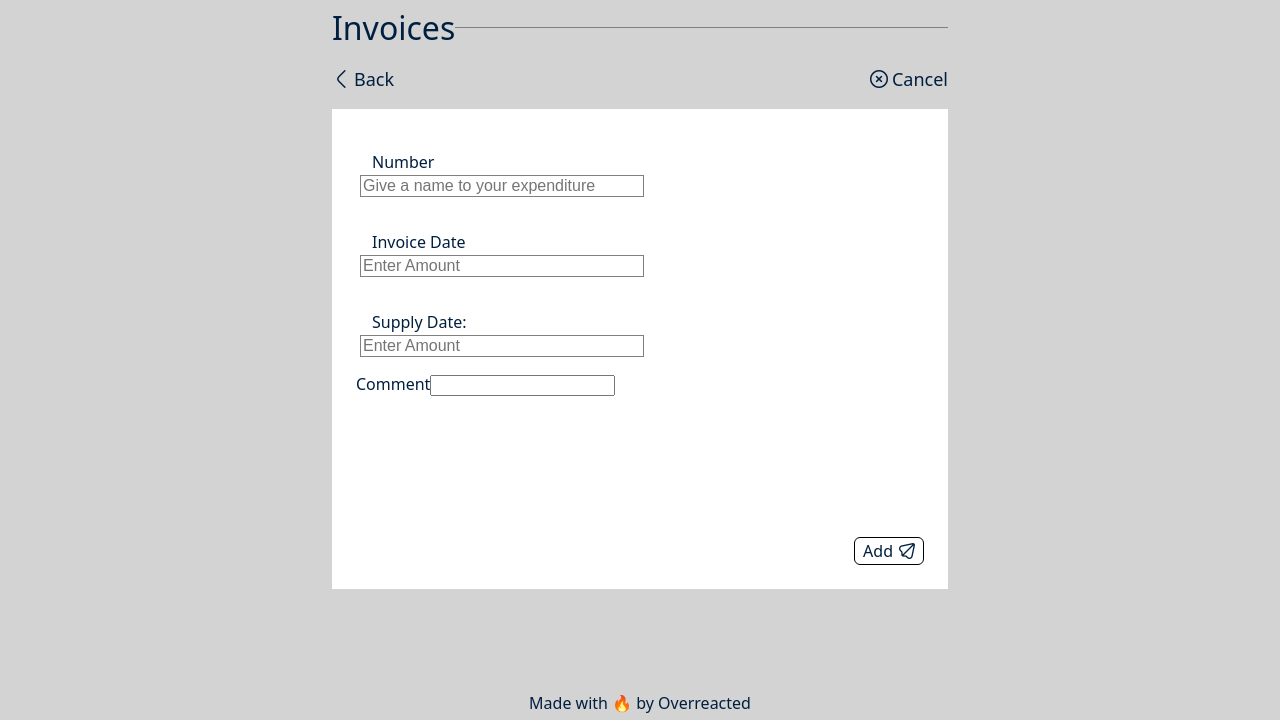
Repository: om1ars/task3
Page: /add-expense
These files come from the project's save history. The page is drawn as it stood at one moment and after a run of saves; the edit follows.
The browser window is 1280 px wide. The pictures show the whole page.
Some web libraries are served in a nearby version. The project was rebuilt for these pictures with package versions that can differ from the ones it lists, and the page was loaded fresh each time. Also part of the build but not shown: src/components/add-form/success-modal.css, src/components/expense-list/card.css, src/components/expense-list/card.js, src/components/expense-list/expense-list.css, src/components/expense-list/index.js, src/pages/home/home.css, src/pages/home/index.js.

Above is the page before, as saved 2021-12-18 15:03:04.

### public/index.html
<!DOCTYPE html>
<html lang="en">
  <head>
    <meta charset="utf-8" />
    <link rel="icon" href="%PUBLIC_URL%/favicon.ico" />
    <meta name="viewport" content="width=device-width, initial-scale=1" />
    <meta name="theme-color" content="#000000" />
    <meta name="description" content="SPA to track all your expenses" />
    <link rel="apple-touch-icon" href="%PUBLIC_URL%/logo192.png" />
    <!--
      manifest.json provides metadata used when your web app is installed on a
      user's mobile device or desktop. See https://developers.google.com/web/fundamentals/web-app-manifest/
    -->
    <link rel="manifest" href="%PUBLIC_URL%/manifest.json" />
    <link rel="preconnect" href="https://fonts.googleapis.com" />
    <link rel="preconnect" href="https://fonts.gstatic.com" crossorigin />
    <link
      href="https://fonts.googleapis.com/css2?family=Noto+Sans&display=swap"
      rel="stylesheet"
    />
    <link
      rel="stylesheet"
      href="https://cdn-uicons.flaticon.com/uicons-regular-rounded/css/uicons-regular-rounded.css"
    />
    <link
      rel="stylesheet"
      href="https://cdn.jsdelivr.net/gh/devicons/devicon@v2.12.0/devicon.min.css"
    />
    <title>Xpensr</title>
  </head>
  <body>
    <noscript>You need to enable JavaScript to run this app.</noscript>
    <div id="root"></div>
    <!--
      This HTML file is a template.
      If you open it directly in the browser, you will see an empty page.

      You can add webfonts, meta tags, or analytics to this file.
      The build step will place the bundled scripts into the <body> tag.

      To begin the development, run `npm start` or `yarn start`.
      To create a production bundle, use `npm run build` or `yarn build`.
    -->
  </body>
</html>

### src/index.js
import React from "react";
import ReactDOM from "react-dom";
import "./index.css";
import App from "./App";
import reportWebVitals from "./reportWebVitals";
import { Provider } from "react-redux";
import store from "./redux/store/index";

ReactDOM.render(
  <Provider store={store}>
    <App />
  </Provider>,
  document.getElementById("root")
);

// If you want to start measuring performance in your app, pass a function
// to log results (for example: reportWebVitals(console.log))
// or send to an analytics endpoint. Learn more: https://bit.ly/CRA-vitals
reportWebVitals();

### src/index.css
body {
  margin: 0;
  font-family: "Noto Sans", sans-serif;
  -webkit-font-smoothing: antialiased;
  -moz-osx-font-smoothing: grayscale;
  background-color: lightgray;
  color: #001f3f;
}
a {
  text-decoration: none;
  color: #001f3f;
}
.button {
  /* background: #71ccca; */
  box-shadow: 20px 20px 60px #60adac, -20px -20px 60px #82ebe8;
}
code {
  font-family: source-code-pro, Menlo, Monaco, Consolas, "Courier New",
    monospace;
}

### src/App.js
import React from "react";
import { BrowserRouter as Router, Route, Switch } from "react-router-dom";
import Footer from "./components/footer";
import Header from "./components/header";
import AddExpense from "./pages/add-expense";
import Home from "./pages/home/index";

const App = () => {
  return (
    <Router>
      <Header />
      <Switch>
        <Route path="/" exact component={Home} />
        <Route path="/add-expense" component={AddExpense} />
      </Switch>
      <Footer />
    </Router>
  );
};

export default App;

### src/redux/store/index.js
import { combineReducers, createStore } from "redux";
import { expenseReducer } from "../reducers/expenses";
const reducer = combineReducers({
  expenses: expenseReducer,
});
const initialState = {};
const store = createStore(reducer, initialState);

export default store;

### src/components/footer/index.js
import React from "react";
import "./footer.css";
const Footer = () => {
  return <footer>Made with 🔥 by Overreacted</footer>;
};

export default Footer;

### src/components/header/index.js
import React from "react";
import "./header.css";
const Header = () => {
  return (
    <div className="header-container">
      <div className="header" style={{ display: "flex", alignItems: "center" }}>
        <div className="header-logo">
          Invoices
        </div>
        <div
          style={{ height: "1px", width: "100%", backgroundColor: "gray" }}
        ></div>
      </div>
    </div>
  );
};

export default Header;

### src/pages/add-expense/index.js
import React from "react";
import AddForm from "../../components/add-form";
import TopFold from "../../components/top-fold";
import "./add-expense.css";
const AddExpense = () => {
  return (
    <div className="add-expense">
      <TopFold />
      <AddForm />
    </div>
  );
};

export default AddExpense;

### src/redux/reducers/expenses.js
import {
  ADD_EXPENSE,
  DELETE_EXPENSE,
  SEARCH_EXPENSE,
} from "../action-types/expenses";

const initialList = () => {
  const list = localStorage.getItem("expense-list");
  let expenses = [];
  if (list) {
    expenses = JSON.parse(list);
  }
  return expenses;
};
const initialState = {
  expenseList: initialList(),
  query: "",
};

export const expenseReducer = (state = initialState, action) => {
  switch (action.type) {
    case ADD_EXPENSE: {
      localStorage.setItem(
        "expense-list",
        JSON.stringify([...state.expenseList, action.data])
      );
      return {
        ...state,
        expenseList: [...state.expenseList, action.data],
        query: "",
      };
    }
    case DELETE_EXPENSE: {
      const { data } = action;
      const updatedList = state.expenseList.filter(
        (item) => item.createdAt !== data.createdAt
      );
      localStorage.setItem("expense-list", JSON.stringify(updatedList));
      return {
        ...state,
        expenseList: updatedList,
      };
    }
    case SEARCH_EXPENSE: {
      const { query } = action;
      return {
        ...state,
        query,
      };
    }
    default:
      return {
        ...state,
      };
  }
};

### src/components/footer/footer.css
footer {
  width: 100%;
  position: fixed;
  bottom: 0;
  display: flex;
  justify-content: center;
  align-items: center;
  padding-bottom: 6px;
}

### src/components/header/header.css
.header-container {
  width: 50%;
  margin: auto;
}
.header {
  display: flex;
  justify-content: space-between;
  align-items: center;
  flex: 1;
  margin: 6px 12px;
}
.header-logo {
  display: flex;
  align-items: center;
  font-size: 32px;
  font-weight: 500;
}
.header-logo i {
  display: flex;
  align-items: center;
  margin-left: 6px;
}

.header-button {
  font-size: 20px;
  display: flex;
  justify-content: center;
  align-items: center;
  border: 1px solid black;
  border-radius: 6px;
  padding: 0px 8px;
}
.header-button i {
  margin-right: 4px;
}

@media only screen and (max-width: 1024px) {
  .header-container {
    width: 90%;
  }
  .header-logo {
    font-size: 28px;
  }
  .header-button {
    font-size: 18px;
  }
}

@media only screen and (max-width: 512px) {
  .header-container {
    width: 100%;
  }
  .header-logo {
    font-size: 24px;
  }
  .header-button {
    font-size: 16px;
  }
}

### src/components/add-form/index.js
import React, { useState } from "react";
import { categories } from "../../constants/add-expense";
import "react-toastify/dist/ReactToastify.css";
import "./add-form.css";
import { toast, ToastContainer } from "react-toastify";
import { useDispatch } from "react-redux";
import { addExpense } from "../../redux/actions/expenses";
import SuccessModal from "./success-modal";

const AddForm = () => {
  const [categoryOpen, setCategoryOpen] = useState(false);
  const cat = categories;
  const [title, setTitle] = useState("");
  const [amount, setAmount] = useState("");
  const [category, setCategory] = useState();
  const dispatch = useDispatch();
  const [modalOpen, setModalOpen] = useState(false);
  const [supply, setSupply] = useState("");
  const [comment, setComment] = useState('')
  const handleTitle = (e) => {
    setTitle(e.target.value);
  };
  const handleAmount = (e) => {
    const val = parseFloat(e.target.value);
    if (isNaN(val)) {
      setAmount("");
      return;
    }
    setAmount(val);
  };
  const handleCategory = (category) => {
    setCategory(category);
    setCategoryOpen(false);
    console.log(category);
  };

  const handleSubmit = () => {
    if (title === "" || amount === "" || !category) {
      const notify = () => toast("Please enter complete data");
      notify();
      return;
    }
    const data = {
      title,
      amount,
      category,
      createdAt: new Date(),
    };
    dispatch(addExpense(data));
    setModalOpen(!modalOpen);
  };

  return (
    <div className="add-form">
      <SuccessModal modalOpen={modalOpen} />
      <ToastContainer
        position="bottom-left"
        autoClose={1500}
        hideProgressBar={false}
        newestOnTop={false}
        closeOnClick
      />
      <div className="container-form">
        <div className="form-item">
          <label>Number</label>
          <input
            placeholder="Give a name to your expenditure"
            value={title}
            onChange={(e) => handleTitle(e)}
          />
        </div>
        <div className="form-item">
          <label>Invoice Date</label>
          <input
            placeholder="Enter Amount"
            className="amount-input"
            onChange={(e) => handleAmount(e)}
            value={amount}
          />
        </div>
        <div className="form-item">
          <label>Supply Date:</label>
          <input
            placeholder="Enter Amount"
            className="amount-input"
            onChange={(e) => handleAmount(e)}
            value={amount}
          />
        </div>
      </div>

      <div className="category-container-parent">
        <div  style={{}}>
          <label>Comment</label>
          <input
            className="amount-input"
            onChange={(e) => setComment(e.target.value)}
            value={amount}
          />
        </div>
      </div>
      <div className="form-add-button">
        <div onClick={handleSubmit}>
          <label>Add</label>
          <i class="fi-rr-paper-plane"></i>
        </div>
      </div>
    </div>
  );
};

export default AddForm;

### src/components/top-fold/index.js
import React, { useEffect, useState } from "react";
import { Link, useLocation } from "react-router-dom";
import "./top-fold.css";
import { useDispatch } from "react-redux";
import { searchExpense } from "../../redux/actions/expenses";
const TopFold = () => {
  const [query, setQuery] = useState("");
  const dispatch = useDispatch();
  const handleQuery = (e) => {
    setQuery(e.target.value);
    dispatch(searchExpense(e.target.value));
  };
  return (
    <div className="topfold">
      {window.location.pathname === "/" ? (
        <div className="home-topfold">
          <Link to="/add-expense">
            <div
              className="add-button"
              style={{
                width: "700px",
                backgroundColor: "white",
                padding: 15,
              }}
            >
              <div style={{ marginBottom: 10 }}>Actions</div>
              <label
                style={{
                  padding: "6px 28px",
                  borderRadius: "5px",
                  backgroundColor: "blue",
                }}
              >
                Add
              </label>
            </div>
          </Link>
        </div>
      ) : (
        <div className="add-topfold">
          <Link to="/">
            <div className="add-topfold-button">
              <i class="fi-rr-angle-left"></i>
              <label>Back</label>
            </div>
          </Link>
          <Link to="/">
            <div className="add-topfold-button">
              <i class="fi-rr-cross-circle"></i>
              <label>Cancel</label>
            </div>
          </Link>
        </div>
      )}
    </div>
  );
};

export default TopFold;

### src/pages/add-expense/add-expense.css
.add-expense {
  width: 50%;
  margin: auto;
}

@media only screen and (max-width: 1024px) {
  .add-expense {
    width: 90%;
  }
}

@media only screen and (max-width: 512px) {
  .add-expense {
    width: 100%;
  }
}

### src/redux/action-types/expenses.js
export const ADD_EXPENSE = "ADD_EXPENSE";

export const DELETE_EXPENSE = "DELETE_EXPENSE";

export const SEARCH_EXPENSE = "SEARCH_EXPENSE";

### src/constants/add-expense.js
export const categories = [
  {
    id: 1,
    title: "Education",
    icon: require("../assets/images/education.png"),
    color: "#A95EC2",
  },
  {
    id: 2,
    title: "Healthcare",
    icon: require("../assets/images/healthcare.png"),
    color: "#FF768A",
  },
  {
    id: 3,
    title: "Shopping",
    icon: require("../assets/images/shopping.png"),
    color: "#EC60AB",
  },
  {
    id: 4,
    title: "Food",
    icon: require("../assets/images/food.png"),
    color: "#FF9E6D",
  },
  {
    id: 5,
    title: "Other",
    icon: require("../assets/images/entertainment.png"),
    color: "#FFCB5E",
  },
];

### src/components/add-form/add-form.css
.add-form {
  background: white;
  /* box-shadow: 20px 20px 60px #60adac, -20px -20px 60px #82ebe8; */
  margin: 6px 12px;
  padding: 24px;
  display: flex;
  flex-direction: column;
  /* flex-wrap: wrap; */
  flex: 1;
  height: 60vh;
}
.form-item {
  margin: 12px 0px;
  width: 70%;
  display: flex;
  flex-direction: column;
  padding: 4px;
  border-radius: 6px;
  background-color: white;
}
.form-item label {
  padding: 2px 12px;
}
.form-item input {
  font-size: 16px;
  border: 1px solid gray;
  width: 70%;
  outline: none;
}
.category-container-parent {
  display: flex;
  flex-direction: column;
  flex: 1;
}
.category {
  position: relative;
  width: 40%;
}
.category-dropdown {
  display: flex;
  justify-content: space-between;
  align-items: center;
  margin: 12px 0px;
  background-color: white;
  border-radius: 6px;
  padding: 4px;
}
.category-dropdown i {
  display: flex;
  align-items: center;
}

.category-container {
  display: flex;
  position: absolute;
  width: 100%;
  flex-direction: column;
  background: #ffffff;
}

.category-item {
  width: 98%;
  display: flex;
  justify-content: space-between;
  padding: 8px 0px;
  cursor: pointer;
}
.category-item img {
  height: 32px;
  margin-right: 20px;
}

.form-add-button {
  display: flex;
  justify-content: flex-end;
}
.form-add-button div {
  display: flex;
  border: 1px solid black;
  padding: 2px 8px;
  border-radius: 6px;
  cursor: pointer;
}

.form-add-button div i {
  display: flex;
  align-items: center;
  margin-left: 6px;
}

@media only screen and (max-width: 1024px) {
  .form-item {
    width: 100%;
  }
  .form-item input {
    width: 70%;
  }
  .amount-input {
    width: 50% !important;
  }
  .category {
    width: 80%;
  }
}


.container-form {
  display: flex;
  flex-wrap: wrap;
}

### src/redux/actions/expenses.js
import {
  ADD_EXPENSE,
  DELETE_EXPENSE,
  SEARCH_EXPENSE,
} from "../action-types/expenses";

export const addExpense = (data) => {
  return {
    type: ADD_EXPENSE,
    data,
  };
};

export const deleteExpense = (data) => {
  console.log(data, "Action");
  return {
    type: DELETE_EXPENSE,
    data,
  };
};

export const searchExpense = (query) => {
  console.log(query);
  return {
    type: SEARCH_EXPENSE,
    query,
  };
};

### src/components/add-form/success-modal.js
import React from "react";
import Modal from "react-modal";
import { Link } from "react-router-dom";
import "./success-modal.css";
const SuccessModal = ({ modalOpen, setModalOpen }) => {
  const customStyles = {
    content: {
      top: "50%",
      left: "50%",
      right: "auto",
      bottom: "auto",
      marginRight: "-50%",
      transform: "translate(-50%, -50%)",
      backgroundColor: "#71ccca",
      borderRadius: "12px",
    },
  };
  return (
    <Modal isOpen={modalOpen} style={customStyles}>
      <div className="modal-inner">
        <label>Expense Added Successfully!</label>
        <img
          src={require("../../assets/images/added-image.png").default}
          alt="Expense Added"
          className="added-image"
        />
        <Link to="/">
          <div className="take-home-button">
            <i class="fi-rr-home"></i>
            Home
          </div>
        </Link>
      </div>
    </Modal>
  );
};

export default SuccessModal;

### src/components/top-fold/top-fold.css
.topfold {
  display: flex;
  justify-content: space-between;
  margin: 6px 12px;
  padding: 12px 0px;
  align-items: center;
}
.home-topfold {
  display: flex;
  justify-content: space-between;
  flex: 1;
}
.searchbar {
  display: flex;
  align-items: center;
  width: 50%;
  background-color: white;
  border-radius: 12px;
}
.searchbar input {
  width: 80%;
  outline: none;
  padding: 8px 0px;
  border: none;
  margin-left: 6px;
  background-color: white;
}

.searchbar i {
  display: flex;
  align-items: center;
  margin-left: 6px;
}

.add-button {
  /* display: flex; */
  align-items: center;
  border-radius: 4px;
  border: 1px solid white;
  font-size: 20px;
  padding: 0px 8px;
  border-radius: 6px;
  cursor: pointer;
}

.add-button i {
  display: flex;
  align-items: center;
  margin-right: 4px;
}
.add-topfold {
  display: flex;
  justify-content: space-between;
  flex: 1;
}
.add-topfold-button {
  display: flex;
  align-items: center;
  font-size: 18px;
  cursor: pointer;
}
.add-topfold-button i {
  display: flex;
  align-items: center;
  margin-right: 4px;
}

@media only screen and (max-width: 1024px) {
  .add-button {
    font-size: 18px;
  }
  .searchbar {
    width: 70%;
  }
}

@media only screen and (max-width: 512px) {
  .add-button {
    font-size: 16px;
  }
}

Loaded but not shown: src/reportWebVitals.js (common file)

After the next 2 saves:
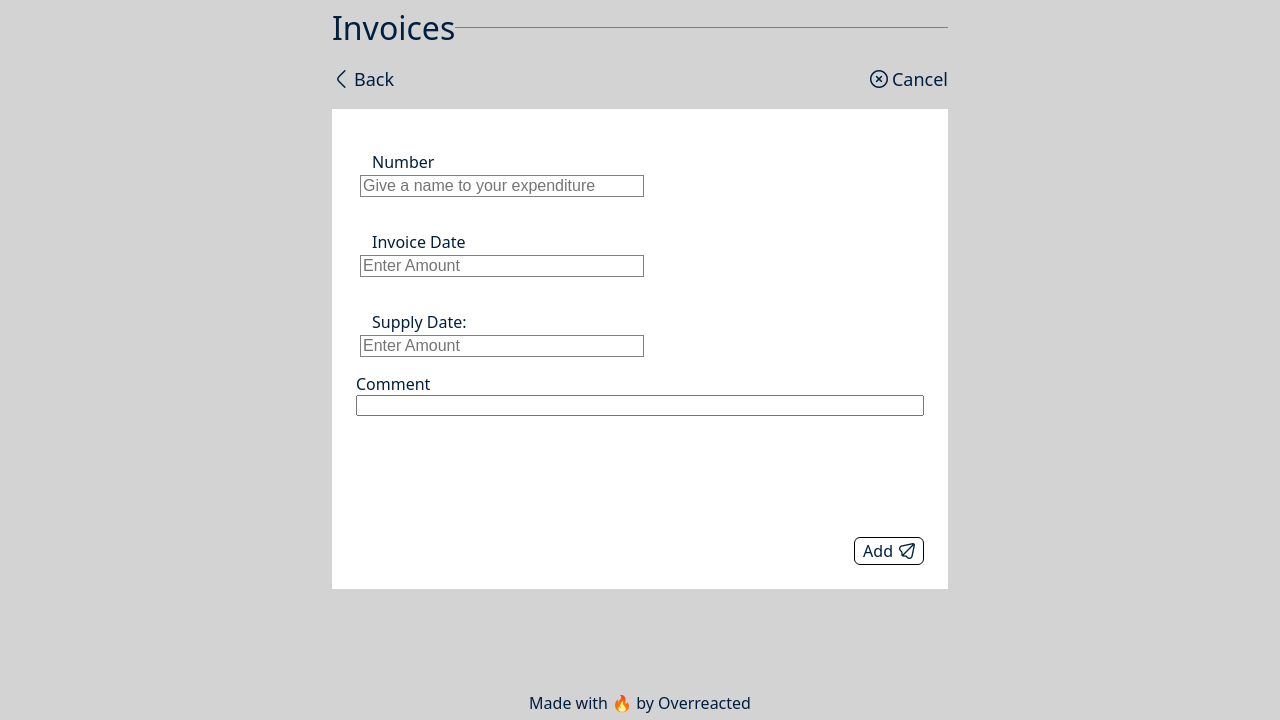
The 2 saves are shown as one change because they came seconds apart.
The last was saved 7 s later.
--- a/src/components/add-form/index.js
+++ b/src/components/add-form/index.js
@@ -90,7 +90,7 @@ const AddForm = () => {
       </div>
 
       <div className="category-container-parent">
-        <div  style={{}}>
+        <div  style={{display: 'flex', flexDirection: 'column'}}>
           <label>Comment</label>
           <input
             className="amount-input"
